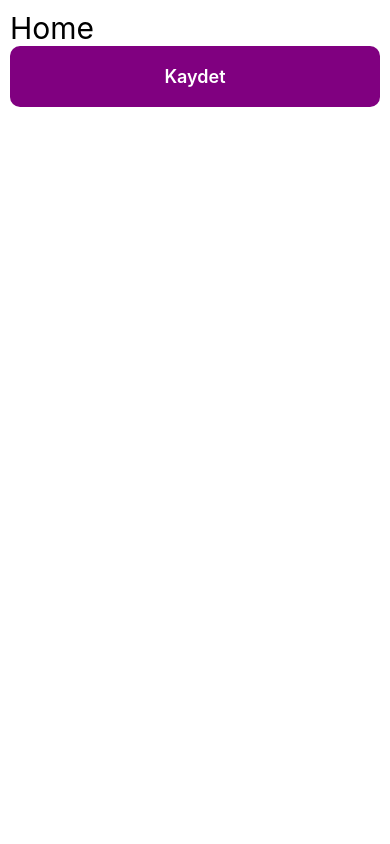
Repository: Kubraaygun/ReactNativeMVVM
Screen: /
These files come from the project's save history. The screen is drawn as it stood at one moment and after the next save; the edit follows.
The app was drawn by React Native's web renderer in a window 390 px wide. The project was rebuilt for these pictures with package versions that can differ from the ones it lists, and the page was loaded fresh each time.

Above is the screen before, as saved 2024-12-12 01:13:54.

### App.jsx
//import liraries
import React, {Component} from 'react';
import {View, Text, StyleSheet} from 'react-native';
import Home from './src/screens/home';

// create a component
const App = () => {
  return <Home />;
};

export default App;

### src/screens/home/index.jsx
//import liraries
import React, {Component} from 'react';
import {View, Text, StyleSheet, SafeAreaView, Alert} from 'react-native';
import Button from '../../components/ui/button';

// create a component
const Home = () => {
  return (
    <SafeAreaView style={styles.container}>
      <View style={styles.screen}>
        <Text style={{fontSize: 30}}>Home</Text>
        <Button onPress={() => Alert.alert('merhaba')} title="Kaydet" />
      </View>
    </SafeAreaView>
  );
};

// define your styles
const styles = StyleSheet.create({
  container: {
    flex: 1,
    backgroundColor: '#fff',
    padding: 10,
  },
  screen: {
    padding: 10,
    flex: 1,
  },
});

//make this component available to the app
export default Home;

### src/components/ui/button.jsx
//import liraries
import React, {Component} from 'react';
import {View, Text, StyleSheet, TouchableOpacity, Alert} from 'react-native';

// create a component
const Button = props => {
  const {title} = props;
  return (
    <TouchableOpacity {...props} style={styles.container}>
      <Text style={styles.title}>{title}</Text>
    </TouchableOpacity>
  );
};

// define your styles
const styles = StyleSheet.create({
  container: {
    justifyContent: 'center',
    alignItems: 'center',
    backgroundColor: 'purple',
    padding: 20,
    borderRadius: 10,
  },
  title: {
    color: 'white',
    fontWeight: '600',
    fontSize: 18,
  },
});

//make this component available to the app
export default Button;

After the next save:
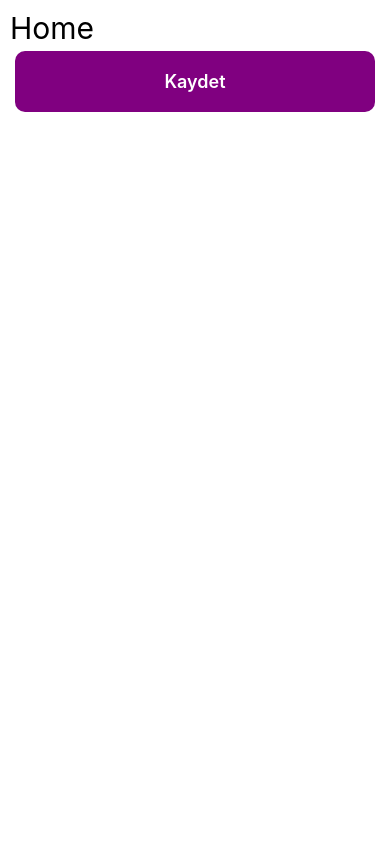
Saved 55 s later.
--- a/src/components/ui/button.jsx
+++ b/src/components/ui/button.jsx
@@ -20,6 +20,7 @@ const styles = StyleSheet.create({
     backgroundColor: 'purple',
     padding: 20,
     borderRadius: 10,
+    margin: 5,
   },
   title: {
     color: 'white',
